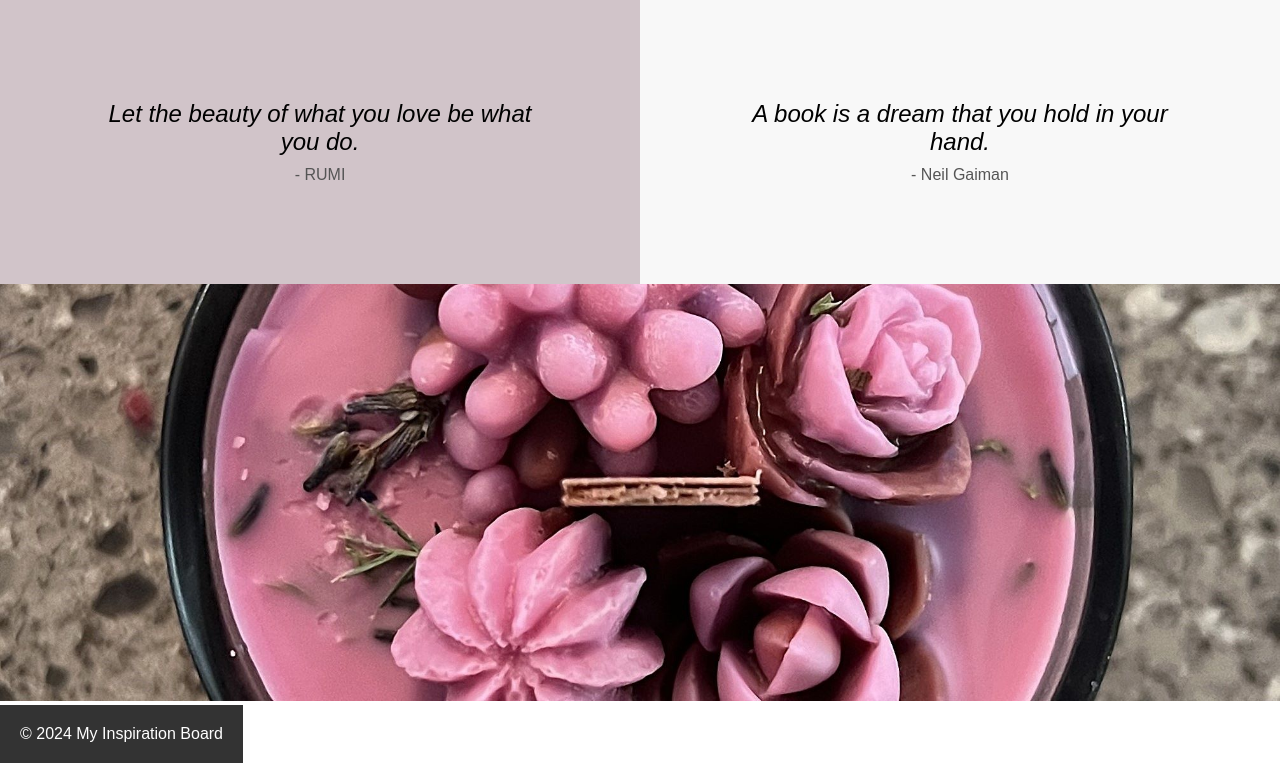
Repository: Brittany-Westlund/MART341-WebDesign
Page: WebDesignHomework/Assignment10/index.html
The author's editor kept a copy of each file at every save. The page is drawn from the files as they stood at one save, then again after the next save.
The browser window is 1280 px wide. The pictures show the part of the page from y = 538 to 1301 px (the page is 1301 px tall).

Above is the page before, as saved 2024-10-27 22:28:01.

After the next save:
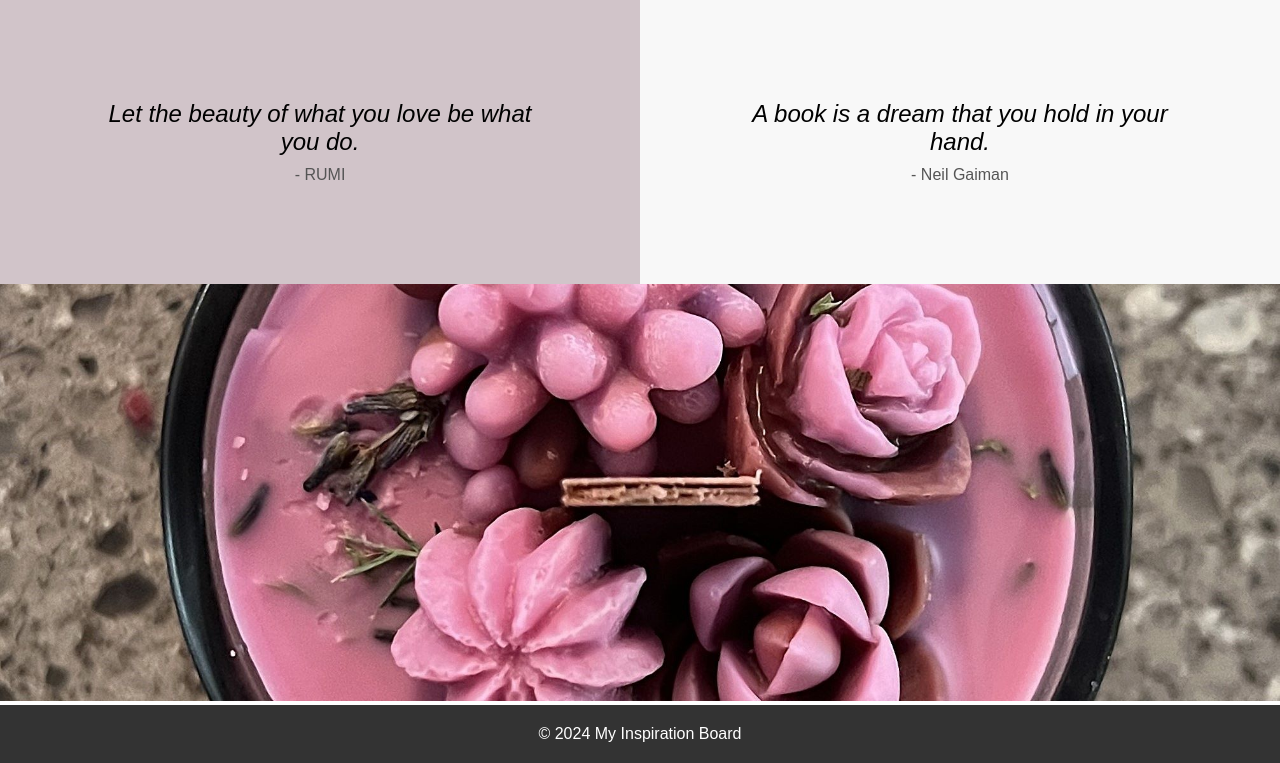
Saved 8 s later.
--- a/WebDesignHomework/Assignment10/style/style.css
+++ b/WebDesignHomework/Assignment10/style/style.css
@@ -104,6 +104,5 @@ footer {
     color: white;
     text-align: center;
     padding: 20px;
-    position: absolute;
-    margin-top: 0;
+
 }
